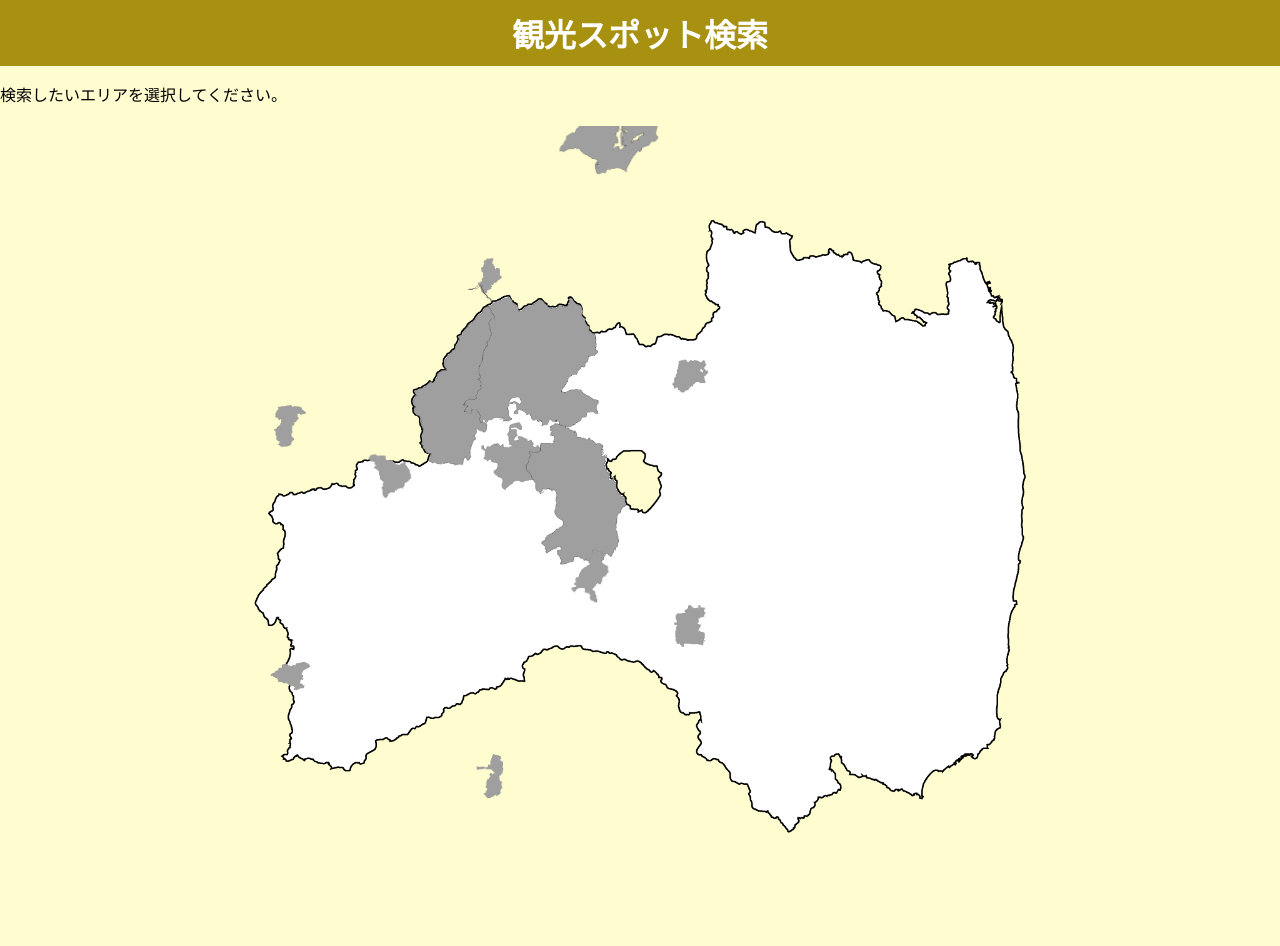
Repository: ryoutana/tanaryou.github.io
Page: Downloads/project/index.html
An editor plug-in stored every save of this project. The page is shown before and after a run of saves, followed by the edit.
The browser window is 1280 px wide. The pictures show the whole page.

Above is the page before, as saved 2025-04-29 13:28:59.

### Downloads/project/index.html
<!DOCTYPE html>
<html lang="ja">
<head>
    <meta charset="UTF-8">
    <meta name="viewport" content="width=device-width, initial-scale=1.0">
    <title>観光スポット検索</title>
    <link rel="stylesheet" href="styles.css">
</head>
<body>
    <header>
        <h1 id="pageTitle">観光スポット検索</h1>
    </header>
    <main>
        <section id="intro">
            <p id="introText">検索したいエリアを選択してください。</p>
            <div id="mapContainer">
                <img id="introImage" src="福島県白地図.png" alt="福島県の地図">
                <div id="spotContainer"></div>
            </div>
        </section>
    </main>
    <script src="script.js"></script>
</body>
</html>

### Downloads/project/styles.css
/* styles.css */

/* 全体のリセット */
body, html {
    margin: 0;
    padding: 0;
    box-sizing: border-box;
    background-color: #fffdd0; /* 背景色をクリーム色に設定 */
    font-family: Arial, sans-serif;
}

/* ヘッダーのスタイル */
header {
    text-align: center;
    background-color: #a89110; /* ゴールド系の背景色 */
    padding: 10px 0;
}

#pageTitle {
    font-size: 2em;
    margin: 0;
    color: #fff; /* 白文字 */
}

/* 地図全体のコンテナ */
#mapContainer {
    position: relative;
    width: 80%; /* 地図の幅を画面幅に応じて調整 */
    max-width: 800px;
    margin: 20px auto;
    overflow: hidden;
    text-align: center;
}

#introImage {
    width: 100%; /* 地図画像を親要素にフィットさせる */
    height: auto;
    display: block;
    margin: 0 auto;
    z-index: 1;
}

/* スポット画像のコンテナ */
#spotContainer {
    position: absolute;
    top: 0;
    left: 0;
    width: 100%;
    height: 100%;
    z-index: 2;
}

/* スポット画像のスタイル */
.spot-image {
    position: absolute;
    transform: translate(-50%, -50%); /* 中心基準で配置 */
    cursor: pointer;
    transition: filter 0.3s ease;
    filter: brightness(0.8) saturate(0); /* デフォルトで薄い灰色 */
}

.spot-image:hover {
    filter: brightness(1.2) hue-rotate(90deg); /* カーソルが乗ると黄緑 */
}

.spot-image.active {
    filter: brightness(1) hue-rotate(120deg) saturate(2); /* クリックでしっかり緑 */
}

### Downloads/project/script.js
// script.js

// スポットデータ（座標は地図画像内の相対的なピクセル位置）
const spots = [
    { name: '会津坂下町', img: '会津坂下町(白地図).png', x: 275, y: 330, width: 80 },
    { name: '会津若松市', img: '会津若松市(白地図).png', x: 336, y: 368, width: 160 },
    { name: '会津美里町', img: '会津美里町(白地図).png', x: 250, y: 150, width: 40 },
    { name: '喜多方市', img: '喜多方市(白地図).png', x: 291, y: 230, width: 170 },
    { name: '金山町', img: '金山町(白地図).png', x: 450, y: 250, width: 45 },
    { name: '三島町', img: '三島町(白地図).png', x: 50, y: 300, width: 50 },
    { name: '昭和村', img: '昭和村(白地図).png', x: 150, y: 350, width: 55 },
    { name: '西会津町', img: '西会津町(白地図).png', x: 214, y: 260, width: 180 },
    { name: '猪苗代町', img: '猪苗代町(白地図).png', x: 350, y: 450, width: 60 },
    { name: '湯川村', img: '湯川村(白地図).png', x: 450, y: 500, width: 50 },
    { name: '磐梯町', img: '磐梯町(白地図).png', x: 50, y: 550, width: 45 },
    { name: '北塩原村', img: '北塩原村(白地図).png', x: 374, y: 2, width: 123 },
    { name: '柳津町', img: '柳津町(白地図).png', x: 250, y: 650, width: 50 }
];

// スポットを動的に生成
function generateSpots() {
    const spotContainer = document.getElementById('spotContainer');
    const mapContainer = document.getElementById('mapContainer');

    if (!spotContainer || !mapContainer) {
        console.error('Error: 必要な要素が見つかりません。');
        return;
    }

    const mapWidth = mapContainer.offsetWidth; // 地図の幅
    const mapHeight = mapContainer.offsetHeight; // 地図の高さ

    spots.forEach(spot => {
        const img = document.createElement('img');
        img.src = spot.img;
        img.alt = spot.name;
        img.style.width = `${(spot.width / 800) * mapWidth}px`; // 幅を地図のサイズに比例させる
        img.style.left = `${(spot.x / 800) * mapWidth}px`; // x座標を地図のサイズに比例させる
        img.style.top = `${(spot.y / 800) * mapHeight}px`; // y座標を地図のサイズに比例させる
        img.classList.add('spot-image');

        // クリックイベントで色を変更
        img.addEventListener('click', () => {
            if (img.classList.contains('active')) {
                img.classList.remove('active'); // 緑から灰色に戻す
            } else {
                img.classList.add('active'); // 緑にする
            }
        });

        spotContainer.appendChild(img);
    });
}

// 初期化処理
function init() {
    generateSpots();
    console.log('スポット画像の生成が完了しました。');
}

// ページ読み込み時に初期化
window.onload = init;

After the next 10 saves:
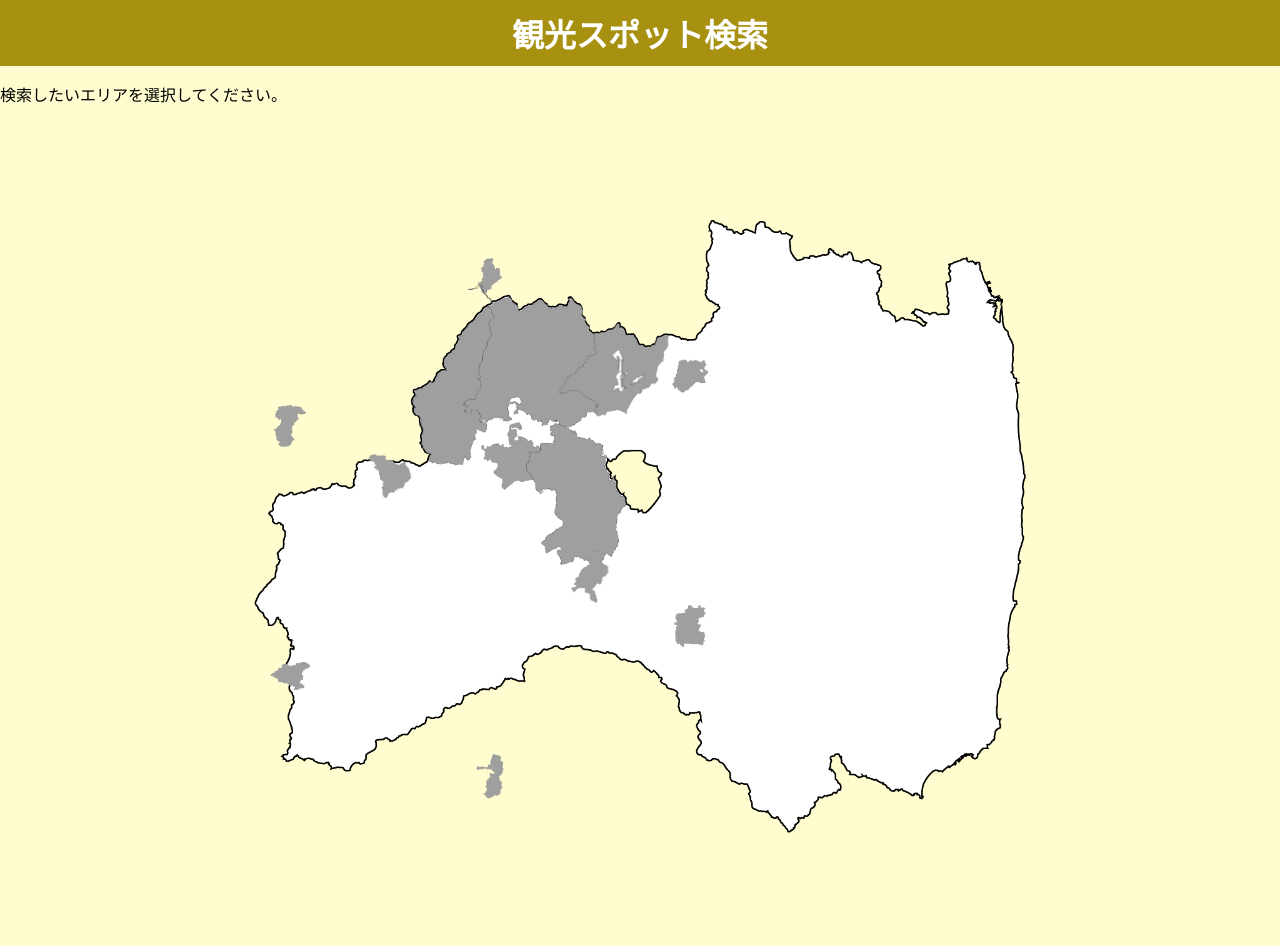
The 10 saves are shown as one change because they came seconds apart.
The last was saved 22 s later.
--- a/Downloads/project/script.js
+++ b/Downloads/project/script.js
@@ -13,7 +13,7 @@ const spots = [
     { name: '猪苗代町', img: '猪苗代町(白地図).png', x: 350, y: 450, width: 60 },
     { name: '湯川村', img: '湯川村(白地図).png', x: 450, y: 500, width: 50 },
     { name: '磐梯町', img: '磐梯町(白地図).png', x: 50, y: 550, width: 45 },
-    { name: '北塩原村', img: '北塩原村(白地図).png', x: 374, y: 2, width: 123 },
+    { name: '北塩原村', img: '北塩原村(白地図).png', x: 374, y: 244, width: 123 },
     { name: '柳津町', img: '柳津町(白地図).png', x: 250, y: 650, width: 50 }
 ];
 
